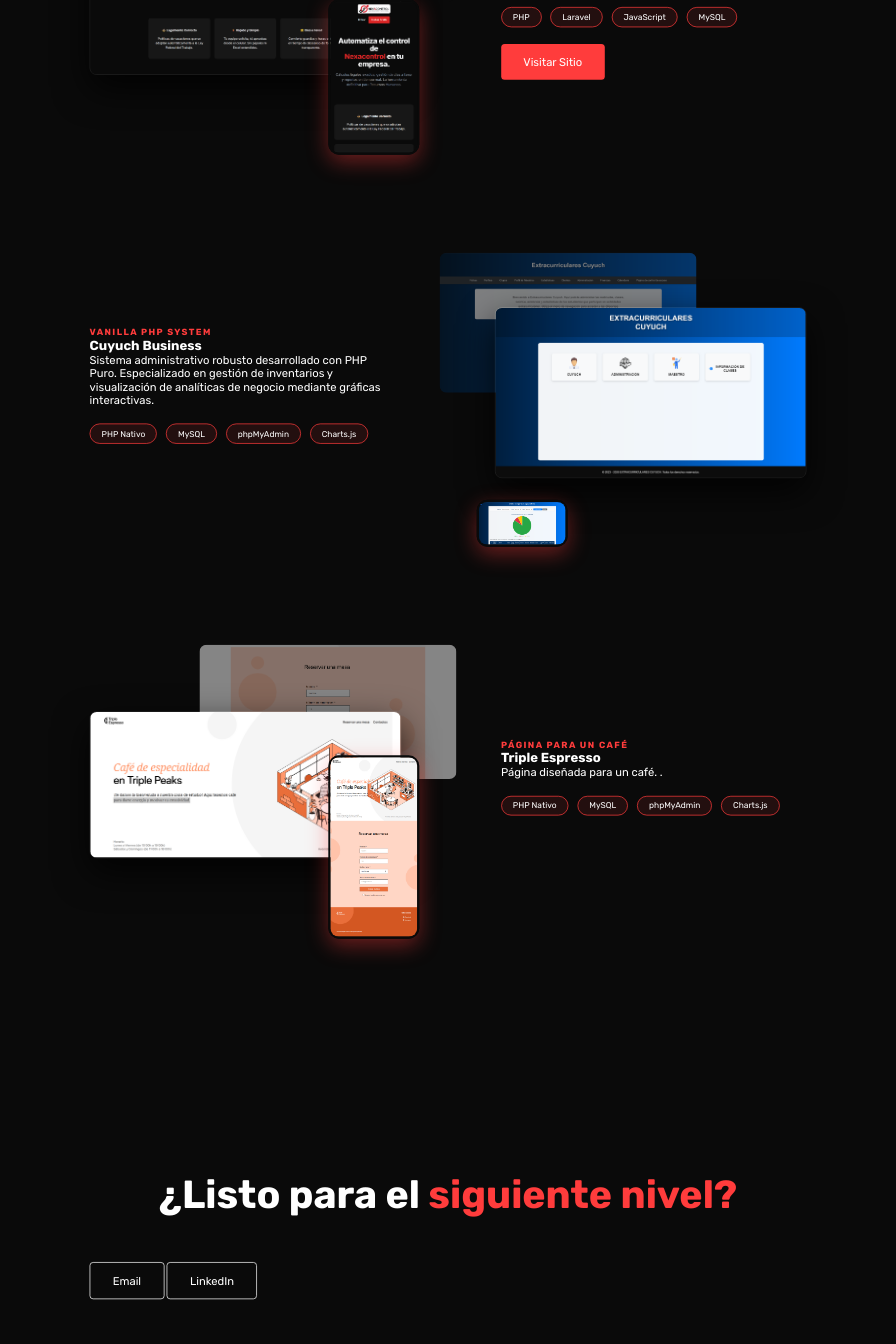
Repository: hercules830/Mi-portfolio-profesional
Page: index.html
The author's editor kept a copy of each file at every save. The page is drawn from the files as they stood at one save, then again after the next save.
The browser window is 1280 px wide. The pictures show the part of the page from y = 1690 to 3610 px (the page is 3610 px tall), at 70% of full size.
Some web fonts or font styles are not loaded; a fallback is used.

Above is the page before, as saved 2026-05-30 19:59:05.

### index.html
<!DOCTYPE html>
<html lang="es">
  <head>
    <meta charset="UTF-8" />
    <meta name="viewport" content="width=device-width, initial-scale=1.0" />
    <link rel="stylesheet" href="styles.css" />
    <link rel="preconnect" href="https://fonts.googleapis.com" />
    <link rel="preconnect" href="https://fonts.gstatic.com" crossorigin />
    <link
      href="https://fonts.googleapis.com/css2?family=Rubik:wght@300;400;700&family=Rubik+Storm&display=swap"
      rel="stylesheet"
    />
    <title>Brayan Espinoza | Full Stack Developer</title>
  </head>
  <body>
    <header class="header">
      <nav class="nav">
        <div class="logo-container">
          <p class="logo">BRAYAN <span>ESPINOZA</span></p>
        </div>
        <ul class="links">
          <li><a class="link" href="#inicio">Inicio</a></li>
          <li><a class="link" href="#habilidades">Habilidades</a></li>
          <li><a class="link" href="#proyectos">Proyectos</a></li>
          <li><a class="link" href="#contacto">Contacto</a></li>
        </ul>
      </nav>

      <div class="description" id="inicio">
        <h1 class="header-title">Brayan</h1>
        <p class="my-description">Engineer + Full Stack Web Developer</p>
        <div class="cta-container">
          <a href="#proyectos" class="btn-primary">Ver Proyectos</a>
          <a href="#contacto" class="btn-secondary">Contáctame</a>
        </div>
      </div>
    </header>

    <section class="section" id="habilidades">
      <h2 class="section-title">Habilidades <span>Técnicas</span></h2>
      <div class="skills-grid">
        <div class="skill-card">
          <h3>Backend</h3>
          <p>PHP, Laravel, Node.js, MySQL, Eloquent ORM, REST APIs</p>
        </div>
        <div class="skill-card">
          <h3>Frontend</h3>
          <p>JavaScript (ES6+), React, HTML5, CSS3, Tailwind</p>
        </div>
        <div class="skill-card">
          <h3>Herramientas</h3>
          <p>Git, Postman, SCRUM, Linux, arquitectura de bases de datos</p>
        </div>
      </div>
    </section>

    <section class="section" id="proyectos">
      <h2 class="section-title">Proyectos <span>SaaS</span></h2>

      <!-- PROYECTO 1: NEXACONTROL (Tecnologías originales) -->
      <div class="featured-project">
        <div class="featured-img-container">
          <img
            src="assets/img/projects/indexNexa.png"
            alt="Nexacontrol Landing"
            class="img-lead zoomable"
          />
          <img
            src="assets/img/projects/panelJefeAreaNexa.png"
            alt="Nexacontrol Panel"
            class="img-panel zoomable"
          />
          <img
            src="assets/img/projects/indexNexaPhone.png"
            alt="Nexacontrol Mobile"
            class="img-phone zoomable"
          />
        </div>
        <div class="featured-info">
          <span class="tag">SaaS Ecosystem</span>
          <h3>Nexacontrol</h3>
          <p>
            Plataforma integral de gestión de capital humano. Automatiza
            cálculos de legislación laboral, control de asistencia y flujos de
            aprobación para RRHH.
          </p>
          <div class="tech-stack">
            <span>PHP</span><span>Laravel</span><span>JavaScript</span
            ><span>MySQL</span>
          </div>
          <div class="actions">
            <a
              href="https://nexacontrolapp.com"
              target="_blank"
              class="btn-primary"
              >Visitar Sitio</a
            >
          </div>
        </div>
      </div>

      <!-- PROYECTO 2: CUYUCH (PHP Puro / Vanilla) -->
      <div class="featured-project reverse">
        <div class="featured-info">
          <span class="tag">Vanilla PHP System</span>
          <h3>Cuyuch Business</h3>
          <p>
            Sistema administrativo robusto desarrollado con PHP Puro.
            Especializado en gestión de inventarios y visualización de
            analíticas de negocio mediante gráficas interactivas.
          </p>
          <div class="tech-stack">
            <span>PHP Nativo</span><span>MySQL</span><span>phpMyAdmin</span
            ><span>Charts.js</span>
          </div>
        </div>
        <div class="featured-img-container">
          <img
            src="assets/img/projects/indexCuyuch.png"
            alt="Cuyuch Home"
            class="img-lead zoomable"
          />
          <img
            src="assets/img/projects/panelCuyuch.png"
            alt="Cuyuch Admin"
            class="img-panel zoomable"
          />
          <img
            src="assets/img/projects/graficaCuyuch.png"
            alt="Cuyuch Stats"
            class="img-phone zoomable"
          />
        </div>
      </div>

      <!-- PROYECTO 3: Triple Expresso (HTML, CSS) -->
      <div class="featured-project">
        <div class="featured-img-container">
          <img
            src="assets/img/projects/headTripleExpresso.png"
            alt="Cuyuch Home"
            class="img-lead zoomable"
          />
          <img
            src="assets/img/projects/formTripleEspresso.png"
            alt="Cuyuch Admin"
            class="img-panel zoomable"
          />
          <img
            src="assets/img/projects/phoneTripleEspresso.png"
            alt="Cuyuch Stats"
            class="img-phone zoomable"
          />
        </div>
        <div class="featured-info">
          <span class="tag">Página para un Café</span>
          <h3>Triple Espresso</h3>
          <p>Página diseñada para un café. .</p>
          <div class="tech-stack">
            <span>PHP Nativo</span><span>MySQL</span><span>phpMyAdmin</span
            ><span>Charts.js</span>
          </div>
        </div>
      </div>
    </section>

    <!-- MODAL PARA ZOOM (Lightbox) -->
    <div id="imageModal" class="modal">
      <span class="close">&times;</span>
      <img class="modal-content" id="imgFull" />
    </div>

    <footer class="section" id="contacto">
      <h2 class="section-title">
        ¿Listo para el <span>siguiente nivel?</span>
      </h2>
      <div class="social-links">
        <a href="mailto:musicabjhe830@gmail.com" class="btn-secondary">Email</a>
        <a
          href="https://www.linkedin.com/in/brayan-espinoza-57191512a"
          target="_blank"
          class="btn-secondary"
          >LinkedIn</a
        >
      </div>
    </footer>

    <script src="script.js"></script>
  </body>
</html>

### styles.css
:root {
  --primary-red: #ff3c3c;
  --dark-bg: #0a0a0a;
  --card-bg: #141414;
  --text-white: #ffffff;
  --gray-text: #b3b3b3;
}

* {
  margin: 0;
  padding: 0;
  box-sizing: border-box;
  scroll-behavior: smooth;
}
body {
  background-color: var(--dark-bg);
  color: var(--text-white);
  font-family: "Rubik", sans-serif;
  overflow-x: hidden;
}

/* --- HEADER --- */
.header {
  height: 100vh;
  background: linear-gradient(to bottom, transparent 60%, var(--dark-bg) 100%),
    linear-gradient(rgba(0, 0, 0, 0.5), rgba(0, 0, 0, 0.5)),
    url("assets/background.jpg");
  background-size: cover;
  background-position: center;
  display: flex;
  flex-direction: column;
}
.nav {
  display: flex;
  justify-content: space-between;
  padding: 2rem 5%;
  align-items: center;
}
.logo {
  font-weight: bold;
  letter-spacing: 2px;
}
.logo span {
  color: var(--primary-red);
}
.links {
  display: flex;
  list-style: none;
  gap: 2rem;
}
.link {
  color: white;
  text-decoration: none;
  font-size: 0.9rem;
  transition: 0.3s;
}
.link:hover {
  color: var(--primary-red);
}

.description {
  flex: 1;
  display: flex;
  flex-direction: column;
  justify-content: center;
  padding-left: 10%;
}
.header-title {
  font-family: "Rubik Storm", cursive;
  font-size: clamp(4rem, 10vw, 8rem);
  color: var(--primary-red);
  text-shadow: 0 0 30px rgba(255, 60, 60, 0.4);
}
.my-description {
  font-size: 1.5rem;
  color: var(--gray-text);
  margin-bottom: 2rem;
}

/* --- BOTONES --- */
.btn-primary {
  background: var(--primary-red);
  color: white;
  padding: 1rem 2rem;
  text-decoration: none;
  border-radius: 5px;
  transition: 0.3s;
  display: inline-block;
}
.btn-secondary {
  border: 1px solid white;
  color: white;
  padding: 1rem 2rem;
  text-decoration: none;
  border-radius: 5px;
  transition: 0.3s;
  display: inline-block;
}
.btn-primary:hover {
  transform: scale(1.05);
  box-shadow: 0 0 20px rgba(255, 60, 60, 0.4);
}

/* --- SECCIONES --- */
.section {
  padding: 8rem 10% 4rem 10%;
}
.section-title {
  font-size: clamp(2rem, 5vw, 3.5rem);
  margin-bottom: 4rem;
  text-align: center;
}
.section-title span {
  color: var(--primary-red);
}

.skills-grid {
  display: grid;
  grid-template-columns: repeat(auto-fit, minmax(280px, 1fr));
  gap: 2rem;
}
.skill-card {
  background: var(--card-bg);
  padding: 3rem;
  border-radius: 15px;
  border-left: 5px solid var(--primary-red);
  transition: 0.3s;
}
.skill-card h3 {
  margin-bottom: 1rem;
  color: var(--primary-red);
}

/* --- SHOWCASE DE PROYECTOS --- */
.featured-project {
  display: grid;
  grid-template-columns: 1.2fr 1fr;
  gap: 4rem;
  margin-bottom: 10rem;
  align-items: center;
}
.featured-project.reverse {
  grid-template-columns: 1fr 1.2fr;
}

.featured-img-container {
  position: relative;
  height: 400px;
  display: flex;
  align-items: center;
}
.img-lead {
  width: 85%;
  border-radius: 10px;
  box-shadow: 0 20px 50px rgba(0, 0, 0, 0.8);
  z-index: 2;
  transition: 0.5s;
  cursor: pointer;
  border: 1px solid rgba(255, 255, 255, 0.1);
}
.img-panel {
  position: absolute;
  top: 0;
  right: 0;
  width: 70%;
  border-radius: 10px;
  z-index: 1;
  opacity: 0.5;
  filter: blur(1px);
  transition: 0.5s;
  cursor: pointer;
}
.img-phone {
  position: absolute;
  bottom: -20px;
  right: 10%;
  width: 130px;
  z-index: 3;
  border: 3px solid var(--dark-bg);
  border-radius: 15px;
  box-shadow: 0 10px 30px rgba(255, 60, 60, 0.4);
  transition: 0.5s;
  cursor: pointer;
}

/* Inversión de imágenes para el modo reverse */
.reverse .img-lead {
  margin-left: auto;
}
.reverse .img-panel {
  left: 0;
  right: auto;
}
.reverse .img-phone {
  left: 10%;
  right: auto;
}

.featured-project:hover .img-lead {
  transform: translateX(-10px);
}
.featured-project:hover .img-panel {
  opacity: 1;
  filter: blur(0);
  transform: translate(10px, -10px);
}
.featured-project:hover .img-phone {
  transform: scale(1.1);
}

.tag {
  color: var(--primary-red);
  font-weight: bold;
  font-size: 0.8rem;
  letter-spacing: 2px;
  text-transform: uppercase;
}
.tech-stack {
  margin: 1.5rem 0;
  display: flex;
  gap: 0.8rem;
  flex-wrap: wrap;
}
.tech-stack span {
  background: rgba(255, 60, 60, 0.1);
  padding: 0.4rem 1rem;
  border-radius: 20px;
  border: 1px solid var(--primary-red);
  font-size: 0.75rem;
}

/* --- MODAL (ZOOM) --- */
.modal {
  display: none;
  position: fixed;
  z-index: 1000;
  padding-top: 50px;
  left: 0;
  top: 0;
  width: 100%;
  height: 100%;
  background-color: rgba(0, 0, 0, 0.9);
}
.modal-content {
  margin: auto;
  display: block;
  width: 80%;
  max-width: 1200px;
  border-radius: 10px;
  border: 2px solid var(--primary-red);
}
.close {
  position: absolute;
  top: 15px;
  right: 35px;
  color: #f1f1f1;
  font-size: 40px;
  font-weight: bold;
  cursor: pointer;
}

@media (max-width: 1000px) {
  .featured-project,
  .featured-project.reverse {
    grid-template-columns: 1fr;
    gap: 2rem;
  }
  .featured-img-container {
    height: 300px;
    order: -1;
  }
  .featured-info {
    text-align: center;
  }
  .tech-stack {
    justify-content: center;
  }
}

### script.js
document.addEventListener("DOMContentLoaded", () => {
  // 1. Lógica del Modal (Zoom de Imágenes)
  const modal = document.getElementById("imageModal");
  const modalImg = document.getElementById("imgFull");
  const span = document.getElementsByClassName("close")[0];

  document.querySelectorAll(".zoomable").forEach((img) => {
    img.onclick = function () {
      modal.style.display = "block";
      modalImg.src = this.src;
    };
  });

  span.onclick = function () {
    modal.style.display = "none";
  };

  modal.onclick = function (event) {
    if (event.target == modal) {
      modal.style.display = "none";
    }
  };

  // 2. Efecto Revelado al hacer Scroll (Intersection Observer)
  const observerOptions = { threshold: 0.1 };
  const observer = new IntersectionObserver((entries) => {
    entries.forEach((entry) => {
      if (entry.isIntersecting) {
        entry.target.style.opacity = "1";
        entry.target.style.transform = "translateY(0)";
      }
    });
  }, observerOptions);

  document.querySelectorAll(".section, .featured-project").forEach((el) => {
    el.style.opacity = "0";
    el.style.transform = "translateY(40px)";
    el.style.transition = "all 0.8s ease-out";
    observer.observe(el);
  });
});

After the next save:
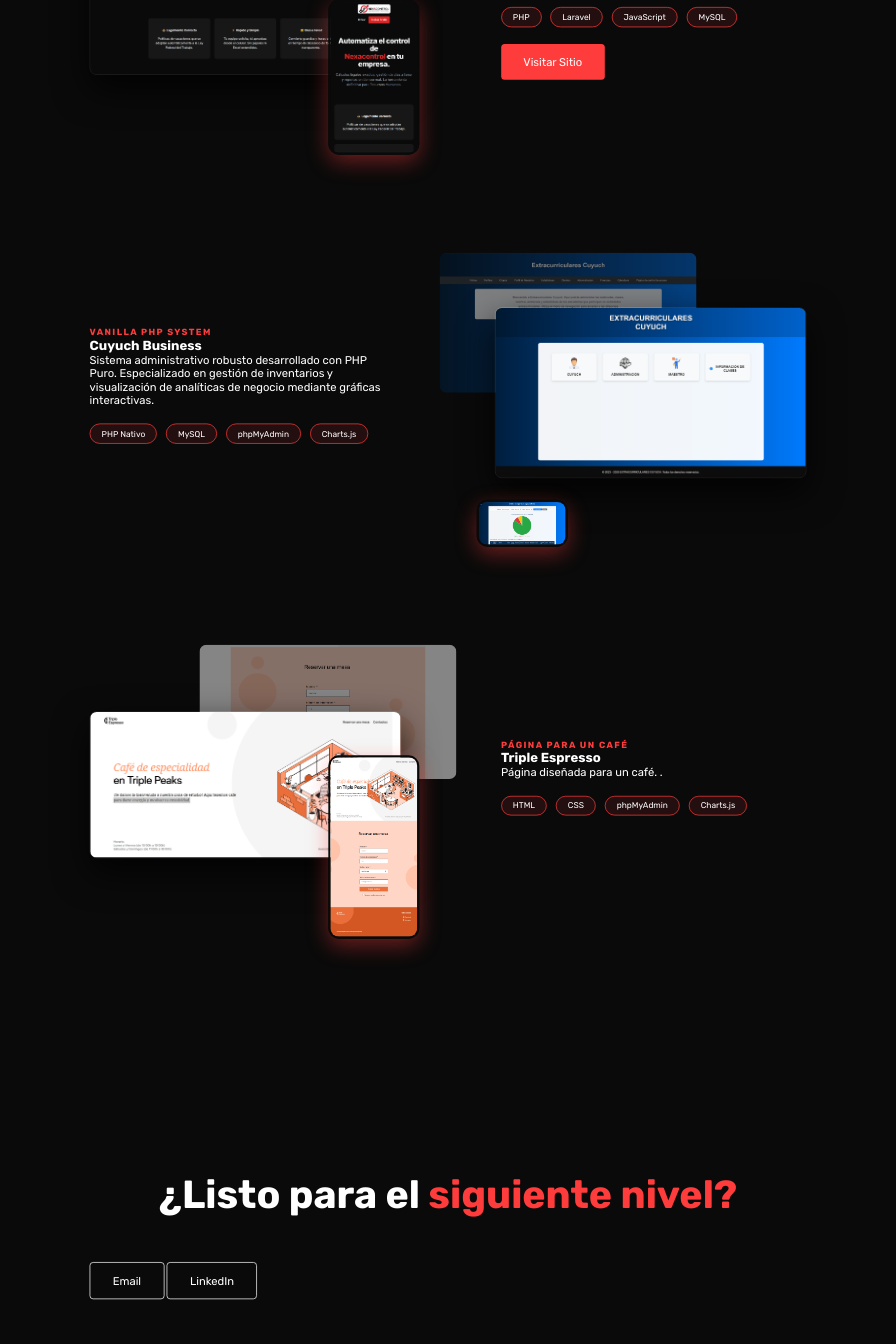
Saved 5 min 37 s later.
--- a/index.html
+++ b/index.html
@@ -157,7 +157,7 @@
           <h3>Triple Espresso</h3>
           <p>Página diseñada para un café. .</p>
           <div class="tech-stack">
-            <span>PHP Nativo</span><span>MySQL</span><span>phpMyAdmin</span
+            <span>HTML</span><span>CSS</span><span>phpMyAdmin</span
             ><span>Charts.js</span>
           </div>
         </div>
